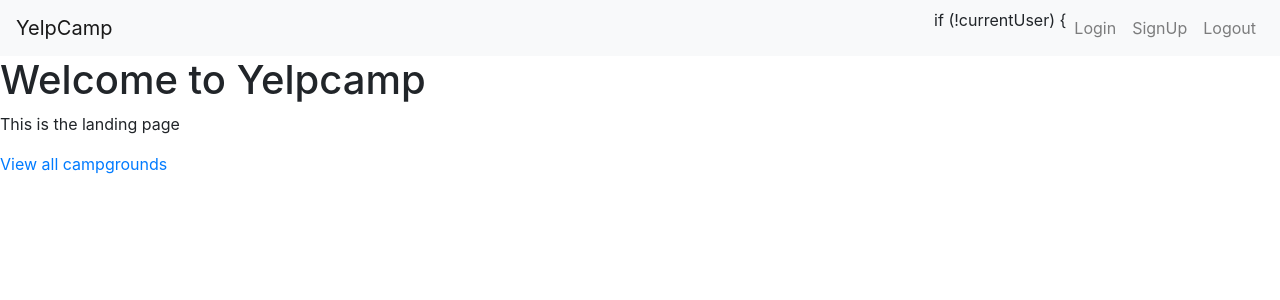
Repository: ninad1999/Yelp-Camp
Page: http://localhost/
The author's editor kept a record of every edit. The page is drawn from the files as they stood at one moment, then again after the next edit.
The browser window is 1280 px wide. The pictures show the whole page.
The page is served by the project's Node server (V6/app.js). Other server files are loaded and not shown.

Above is the page before.

### workspace/V6/views/landing.ejs
<% include partials/header %>
<h1>Welcome to Yelpcamp</h1>

<p>This is the landing page</p>

<a href="/campgrounds">View all campgrounds</a>

<% include partials/footer %>

### workspace/V6/views/partials/header.ejs
<!DOCTYPE html>
<html>
    <head>
        <title>YelpCamp</title>
        <link rel="stylesheet" href="https://stackpath.bootstrapcdn.com/bootstrap/4.1.3/css/bootstrap.min.css">
        <link rel="stylesheet" href="/stylesheets/main.css">
    </head>
    <body>
        <nav class="navbar navbar-expand-lg navbar-light bg-light">
          <a class="navbar-brand" href="\">YelpCamp</a>
          <button class="navbar-toggler" type="button" data-toggle="collapse" data-target="#navbarSupportedContent" aria-controls="navbarSupportedContent" aria-expanded="false" aria-label="Toggle navigation">
            <span class="navbar-toggler-icon"></span>
          </button>

          <div class="collapse navbar-collapse" id="navbarSupportedContent">
            <ul class="navbar-nav mr-auto">
            </ul>
            <ul class="navbar-nav navbar-right">
                if (!currentUser) {
                <li class="nav-item">
                    <a class="nav-link" href="/login">Login</a>
                </li>
                <li class="nav-item">
                    <a class="nav-link" href="/register">SignUp</a>
                </li>
                <li class="nav-item">
                    <a class="nav-link" href="/logout">Logout</a>
                </li>
            </ul>
          </div>
        </nav>

### workspace/V6/app.js
var express         = require("express"),
    app             = express(),
    bodyParser      = require("body-parser"),
    mongoose        = require("mongoose"),
    passport        = require("passport"),
    LocalStrategy   = require("passport-local"),
    Campground      = require("./models/campground.js"),
    Comment         = require("./models/comment.js"),
    User            = require("./models/user.js"),
    seedDB          = require("./seed");

mongoose.connect("mongodb://localhost:27017/yelp_camp", { useNewUrlParser: true });
app.use(bodyParser.urlencoded({extended: true}));
app.use(express.static(__dirname + "/public"));
// console.log(__dirname); // __dirname: /home/ubuntu/workspace/V5
app.set("view engine", "ejs");
seedDB();

// ---------------------PASSPORT CONFIGURATIONS--------------------
app.use(require("express-session")({
    secret: "This can literally be anything",
    resave: false,
    saveUninitialized: false
}));

app.use(passport.initialize());
app.use(passport.session());
passport.use(new LocalStrategy(User.authenticate()));
passport.serializeUser(User.serializeUser());
passport.deserializeUser(User.deserializeUser());

// --------Middleware for deciding when to dispaly login, signup (when user not logged in) and logout(when user logged in) buttons ------------
app.use(function(req, res, next) {
    res.locals.currentUser = req.user; // this will pass the user to every single template
    next();
})

// ================================
// ROUTES
// ===============================

app.get("/", function(req, res) {
   res.render("landing");
});

// to diplay all the campgrounds
app.get("/campgrounds", function(req, res) {
    // get all campgrounds from DB
    Campground.find({}, function(err, allCampgrounds) {
        if (err) {
            console.log(err);
        } else {
            res.render("campgrounds/index", {campgrounds: allCampgrounds, currentUser: req.user});
            // req.user gives undefined when no user logged in, and gives a user object when user logged in
        }
    });
});

// post route where you can create a new campgrounds
app.post("/campgrounds", function(req, res) {
   var name = req.body.name;
   var image = req.body.image;
   var desc = req.body.description;
   var newCampground = {name:name, image:image, description: desc};
   Campground.create(newCampground, function(err, newAdded) {
       if (err) {
           console.log(err);
       } else {
           res.redirect("/campgrounds");
       }
   });
});

// this route should show the route that will send the data to the post route
app.get("/campgrounds/new", function(req, res) {
    res.render("campgrounds/new");
});

// this is the showpage route
app.get("/campgrounds/:id", function(req, res) {  // comments have been referenced to posts, hence to add them to the comments array, first populate them and execute
    Campground.findById(req.params.id).populate("comments").exec(function(err, foundCampground) { // populating the comments array on the Campground collection
        if (err) {
            console.log(err);
        } else {
            res.render("campgrounds/show", {campground: foundCampground});
        }
    });
});


// =====================
// COMMENT ROUTES
// =====================

app.get("/campgrounds/:id/comments/new", isLoggedIn,  function(req, res) {
    // find campground
    Campground.findById(req.params.id, function(err, campground) {
       if (err) {
           console.log(err);
       } else {
           res.render("comments/new", {campground: campground});
       }
    });
});

app.post("/campgrounds/:id/comments", isLoggedIn, function(req, res) {
   // find campground by id
   Campground.findById(req.params.id, function(err, campground) {
      if (err) {
          console.log(err);
          res.redirect("/campgrounds");
      } else {

          //create new comment
          Comment.create(req.body.comment, function(err, comment) {
              if (err) {
                  console.log(err);
              } else {

                  // connect comment to campground
                  campground.comments.push(comment);
                  campground.save();

                  // redirect campground show page
                  res.redirect("/campgrounds/" + campground._id);
              }
          })
      }
   });
});

// =======================
// AUTH ROUTES
// =======================

// ----------------SIGNUP----------------------

app.get("/register", function(req, res){
   res.render("./register")
});

// signup logic
app.post("/register", function(req, res) {
   var newUser = new User({username: req.body.username});
   User.register(newUser, req.body.password, function(err, user) {
      if (err) {
          console.log(err);
          return res.render("./register") // return so that if there is an wrror we can short circuit and break out of the function
      } else {
            passport.authenticate("local")(req, res, function() {
               res.redirect("/campgrounds");
            });
      }
   });
});

// ------------LOGIN---------------

app.get("/login", function(req, res) {
   res.render("./login");
});

// app.post("/login, middleware, function()");
app.post("/login", passport.authenticate("local",
    {
        successRedirect: "/campgrounds",
        failureRedirect: "/login"
    }), function(req, res) {
});

// --------------LOGOUT------------------

app.get("/logout", function(req, res) {
   req.logout();
   res.redirect("/campgrounds");
});

// --------------MIDDLEWARE for accessing pages-------------
function isLoggedIn(req, res, next) {
    if (req.isAuthenticated()) {

        return next();
    }

    res.redirect("/login");
}




app.listen(process.env.PORT, process.env.IP, function() {
    console.log("The YelpCamp server has started!");
});

### workspace/V6/public/stylesheets/main.css
.img-thumbnail img {
    width: 100%;
}

.img-thumbnail {
    padding: 0;
}

.img-thumbnail .caption-full {
    padding:9px;
}

Loaded but not shown: workspace/V6/views/partials/footer.ejs (common file)

After the next edit:
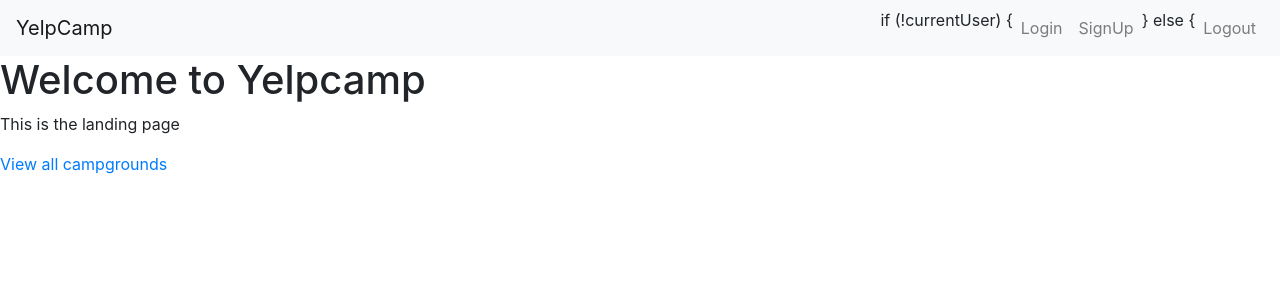
The edit:
--- a/workspace/V6/views/partials/header.ejs
+++ b/workspace/V6/views/partials/header.ejs
@@ -23,6 +23,7 @@
                 <li class="nav-item">
                     <a class="nav-link" href="/register">SignUp</a>
                 </li>
+                } else {
                 <li class="nav-item">
                     <a class="nav-link" href="/logout">Logout</a>
                 </li>
